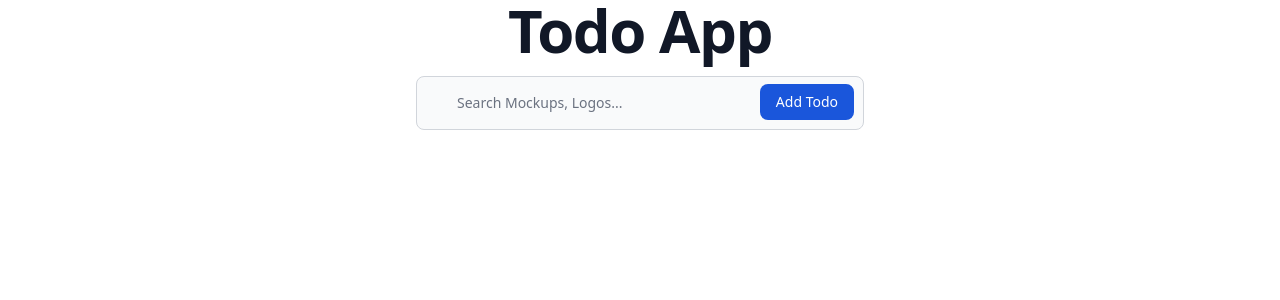
Repository: sodmaq/Todo-App
Page: /
These files come from the project's save history. The page is drawn as it stood at one moment and after the next save; the edit follows.
The browser window is 1280 px wide. The pictures show the whole page.
The project was rebuilt for these pictures with package versions that can differ from the ones it lists, and the page was loaded fresh each time. Also part of the build but not shown: vite.config.js.

Above is the page before, as saved 2024-09-03 12:06:00.

### src/App.jsx
import Header from "./components/Header";
import TodoInput from "./components/TodoInput";

function App() {
  return (
    <div className="">
      <Header />
      <TodoInput />
    </div>
  );
}

export default App;

### src/components/Header.jsx
function Header() {
  return (
    <div>
      <h1 className="mb-4 text-4xl font-extrabold leading-none tracking-tight text-gray-900 md:text-5xl lg:text-6xl dark:text-white text-center">
        Todo App
      </h1>
    </div>
  );
}

export default Header;

### src/components/TodoInput.jsx
function TodoInput() {
  return (
    <div>
      <form className="max-w-md mx-auto">
        <label
          form="default-search"
          className="mb-2 text-sm font-medium text-gray-900 sr-only dark:text-white"
        >
          add todo
        </label>
        <div className="relative">
          <div className="absolute inset-y-0 start-0 flex items-center ps-3 pointer-events-none">
            <svg
              className="w-4 h-4 text-gray-500 dark:text-gray-400"
              aria-hidden="true"
              xmlns="http://www.w3.org/2000/svg"
              fill="none"
              viewBox="0 0 20 20"
            >
              <path />
            </svg>
          </div>
          <input
            type="search"
            id="default-search"
            className="block w-full p-4 ps-10 text-sm text-gray-900 border border-gray-300 rounded-lg bg-gray-50 focus:ring-blue-500 focus:border-blue-500 dark:bg-gray-700 dark:border-gray-600 dark:placeholder-gray-400 dark:text-white dark:focus:ring-blue-500 dark:focus:border-blue-500"
            placeholder="Search Mockups, Logos..."
            required
          />
          <button
            type="submit"
            className="text-white absolute end-2.5 bottom-2.5 bg-blue-700 hover:bg-blue-800 focus:ring-4 focus:outline-none focus:ring-blue-300 font-medium rounded-lg text-sm px-4 py-2 dark:bg-blue-600 dark:hover:bg-blue-700 dark:focus:ring-blue-800"
          >
            Add Todo
          </button>
        </div>
      </form>
    </div>
  );
}

export default TodoInput;

### tailwind.config.js
import flowbite from "flowbite/plugin";

/** @type {import('tailwindcss').Config} */
export default {
  content: [
    "./index.html",
    "./src/**/*.{js,ts,jsx,tsx}",
    "./node_modules/flowbite/**/*.js",
  ],
  theme: {
    extend: {},
  },
  plugins: [flowbite],
};

Loaded but not shown: index.html (common file); src/main.jsx (common file); src/index.css (common file)

After the next save:
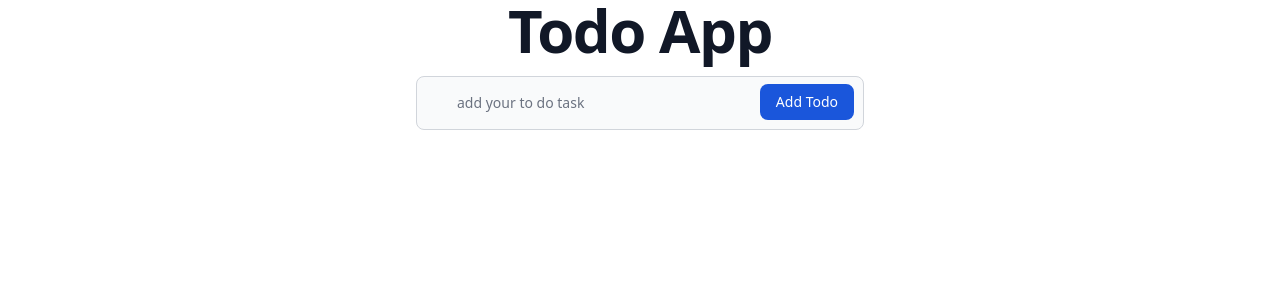
Saved 2 min 19 s later.
--- a/src/components/TodoInput.jsx
+++ b/src/components/TodoInput.jsx
@@ -24,7 +24,7 @@
             type="search"
             id="default-search"
             className="block w-full p-4 ps-10 text-sm text-gray-900 border border-gray-300 rounded-lg bg-gray-50 focus:ring-blue-500 focus:border-blue-500 dark:bg-gray-700 dark:border-gray-600 dark:placeholder-gray-400 dark:text-white dark:focus:ring-blue-500 dark:focus:border-blue-500"
-            placeholder="Search Mockups, Logos..."
+            placeholder="add your to do task"
             required
           />
           <button
